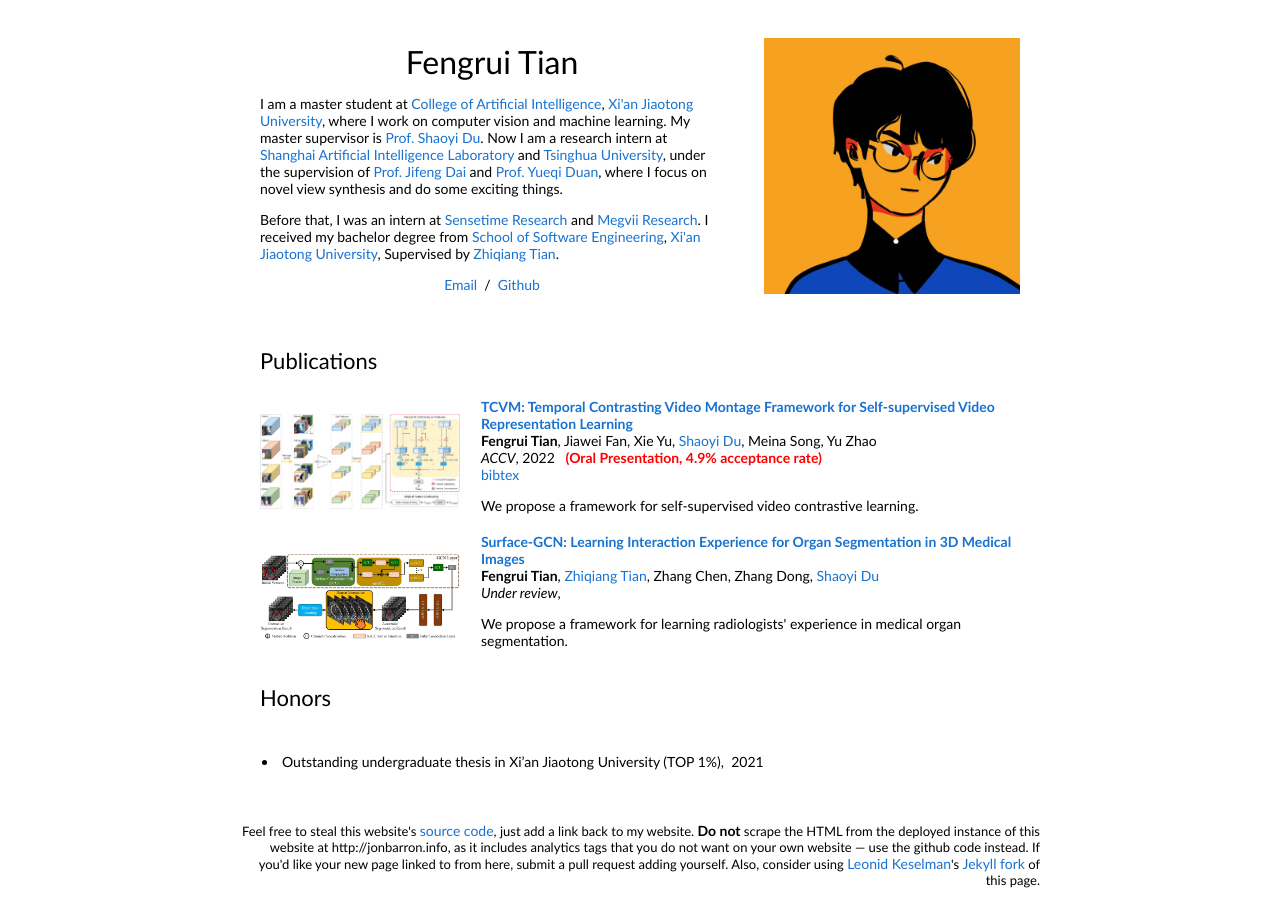
Repository: tianfr/tianfr.github.io
Page: index.html
The author's editor kept a copy of each file at every save. The page is drawn from the files as they stood at one save, then again after the next save.
The browser window is 1280 px wide. The pictures show the whole page.

Above is the page before, as saved 2022-11-20 15:37:39.

### index.html
<!DOCTYPE HTML>
<html lang="en"><head><meta http-equiv="Content-Type" content="text/html; charset=UTF-8">

  <title>Fengrui Tian</title>

  <meta name="author" content="Fengrui Tian">
  <meta name="viewport" content="width=device-width, initial-scale=1">

  <link rel="stylesheet" type="text/css" href="stylesheet.css">
	<link rel="icon" href="data:[embedded picture, 141 characters]">
</head>

<body>
  <table style="width:100%;max-width:800px;border:0px;border-spacing:0px;border-collapse:separate;margin-right:auto;margin-left:auto;"><tbody>
    <tr style="padding:0px">
      <td style="padding:0px">
        <table style="width:100%;border:0px;border-spacing:0px;border-collapse:separate;margin-right:auto;margin-left:auto;"><tbody>
          <tr style="padding:0px">
            <td style="padding:2.5%;width:63%;vertical-align:middle">
              <p style="text-align:center">
                <name>Fengrui Tian</name>
              </p>
              <p>I am a master student at <a href="http://iair.xjtu.edu.cn/">College of Artificial Intelligence</a>, <a href="http://www.xjtu.edu.cn/">Xi'an Jiaotong University</a>, where I work on computer vision and machine learning. My master supervisor is <a href="https://gr.xjtu.edu.cn/en/web/dushaoyi/home">Prof. Shaoyi Du</a>. Now I am a research intern at <a href="https://www.shlab.org.cn/">Shanghai Artificial Intelligence Laboratory</a> and <a href="https://www.tsinghua.edu.cn/">Tsinghua University</a>, under the supervision of <a href="https://jifengdai.org/">Prof. Jifeng Dai</a> and  <a href="https://duanyueqi.github.io/">Prof. Yueqi Duan</a>, where I focus on novel view synthesis and do some exciting things.
              </p>
              <p> Before that, I was an intern at <a href="https://www.sensetime.com/">Sensetime Research</a> and
                <a href="https://www.megvii.com/">Megvii Research</a>. I received my bachelor degree from  <a href="https://blog.google/products/google-ar-vr/introducing-next-generation-jump/">School of Software Engineering</a>, <a href="http://www.xjtu.edu.cn/">Xi'an Jiaotong University</a>, Supervised by <a href="https://gr.xjtu.edu.cn/en/web/zhiqiangtian/home">Zhiqiang Tian</a>.
              </p>
              <p style="text-align:center">
                <a href="mailto:tianfr@stu.xjtu.edu.cn">Email</a> &nbsp/&nbsp
                <!-- <a href="data/JonBarron-CV.pdf">CV</a> &nbsp/&nbsp -->
                <!-- <a href="data/JonBarron-bio.txt">Bio</a> &nbsp/&nbsp -->
                <!-- <a href="https://scholar.google.com/citations?hl=en&user=jktWnL8AAAAJ">Google Scholar</a> &nbsp/&nbsp -->
                <!-- <a href="https://twitter.com/jon_barron">Twitter</a> &nbsp/&nbsp -->
                <a href="https://github.com/tianfr/">Github</a>
              </p>
            </td>
            <td style="padding:2.5%;width:40%;max-width:40%">
              <a href="images/Fengrui_Tian_avatar.jpg"><img style="width:100%;max-width:100%" alt="profile photo" src="images/Fengrui_Tian_avatar.jpg" class="hoverZoomLink"></a>
            </td>
          </tr>
        <!-- </tbody></table>
        <table style="width:100%;border:0px;border-spacing:0px;border-collapse:separate;margin-right:auto;margin-left:auto;"><tbody>
            <tr>
            <td style="padding:20px;width:100%;vertical-align:middle">
              <heading>Research</heading>
              <p>
                I'm interested in computer vision, machine learning, optimization, and image processing. Much of my research is about inferring the physical world (shape, motion, color, light, etc) from images. Representative papers are <span class="highlight">highlighted</span>.
              </p>
            </td>
          </tr>
        </tbody></table> -->
        <table width="100%" align="center" border="0" cellspacing="0" cellpadding="20"><tbody>
          <tr>
            <td>
              <heading>Publications</heading>
            </td>
          </tr>
        </tbody></table>
        <table style="width:100%;border:0px;border-spacing:0px;border-collapse:separate;margin-right:auto;margin-left:auto;"><tbody>

          <tr onmouseout="dreamfusion_stop()" onmouseover="dreamfusion_start()">
            <td style="padding:20px;width:25%;vertical-align:middle">
              <img src="images/tcvm_overview.jpg" alt="prl" width="200" height="95">
            </td>
            <!-- <td style="padding:20px;width:25%;vertical-align:middle">
              <div class="one">
                <div class="two" id='dreamfusion_image'><video  width=100% height=100% muted autoplay loop>
                <source src="images/dreamfusion.mp4" type="video/mp4">
                Your browser does not support the video tag.
                </video></div>
                <img src='images/tcvm_overview.jpg' width="160">
              </div>
              <script type="text/javascript">
                function dreamfusion_start() {
                  document.getElementById('dreamfusion_image').style.opacity = "1";
                }

                function dreamfusion_stop() {
                  document.getElementById('dreamfusion_image').style.opacity = "0";
                }
                dreamfusion_stop()
              </script>
            </td> -->
            <!-- <td style="padding:20px;width:75%;vertical-align:middle"> -->
            <td width="75%" valign="middle">
              <a href="paper/22accv_tcvm.pdf">
                <papertitle>TCVM: Temporal Contrasting Video Montage Framework for Self-supervised Video Representation Learning</papertitle>
              </a>
              <br>
              <strong>Fengrui Tian</strong>,
              Jiawei Fan,
              Xie Yu,
              <a href="https://gr.xjtu.edu.cn/en/web/dushaoyi/home">Shaoyi Du</a>,
              Meina Song,
              Yu Zhao
              <br>
              <em>ACCV</em>, 2022 &nbsp <font color="red"><strong>(Oral Presentation, 4.9% acceptance rate)</strong></font>
              <br>
              <a href="data/accv22TCVM.bib">bibtex</a>
              <p></p>
              <p>
              We propose a framework for self-supervised video contrastive learning.
              </p>
            </td>
          </tr>


          <tr>
            <td style="padding:20px;width:25%;vertical-align:middle">
              <img src="images/surfacegcn.jpg" alt="prl" width="200" height="85">
            </td>
            <td width="75%" valign="middle">
              <a href="">
                <papertitle>Surface-GCN: Learning Interaction Experience for Organ Segmentation in 3D Medical Images</papertitle>
              </a>
              <br>
              <strong>Fengrui Tian</strong>,
              <a href="https://gr.xjtu.edu.cn/en/web/zhiqiangtian/home">Zhiqiang Tian</a>,
              Zhang Chen,
              Zhang Dong,
              <a href="https://gr.xjtu.edu.cn/en/web/dushaoyi/home">Shaoyi Du</a>
              <br>
              <em>Under review</em>,
              <br>
              <!-- <a href="data/BarronPRL2009.bib">bibtex</a> -->
              <p>We propose a framework for learning radiologists' experience in medical organ segmentation.</p>
            </td>
          </tr>

        </tbody></table>


        <table width="100%" align="center" border="0" cellspacing="0" cellpadding="20"><tbody>
          <tr>
            <td>
              <heading>Honors</heading>
            </td>
          </tr>
        </tbody></table>
        <table width="100%" align="center" border="0" cellpadding="20"><tbody>
          <tr>
            <td style="padding:20px;width:100%;vertical-align:middle">
              <li>Outstanding undergraduate thesis in Xi’an Jiaotong University (TOP 1%),&nbsp; 2021 </li>
          </td>

          </tr>


        </tbody></table>
        <table style="width:100%;border:0px;border-spacing:0px;border-collapse:separate;margin-right:auto;margin-left:auto;"><tbody>
          <tr>
            <td style="padding:0px">
              <br>
              <p style="text-align:right;font-size:small;">
                Feel free to steal this website's <a href="https://github.com/jonbarron/jonbarron_website">source code</a>,
                just add a link back to my website.
                <strong>Do not</strong> scrape the HTML from the deployed instance of this website at http://jonbarron.info,
                as it includes analytics tags that you do not want on your own website &mdash; use the github code instead.
                If you'd like your new page linked to from here, submit a pull request adding yourself.

                Also, consider using <a href="https://leonidk.com/">Leonid Keselman</a>'s <a href="https://github.com/leonidk/new_website">Jekyll fork</a> of this page.
              </p>
            </td>
          </tr>
        </tbody></table>
      </td>
    </tr>
  </table>
</body>

</html>

### stylesheet.css
/* latin-ext */
@font-face {
  font-family: 'Lato';
  font-style: italic;
  font-weight: 400;
  src: local('Lato Italic'), local('Lato-Italic'), url(https://fonts.gstatic.com/s/lato/v15/S6u8w4BMUTPHjxsAUi-qNiXg7eU0.woff2) format('woff2');
  unicode-range: U+0100-024F, U+0259, U+1E00-1EFF, U+2020, U+20A0-20AB, U+20AD-20CF, U+2113, U+2C60-2C7F, U+A720-A7FF;
}
/* latin */
@font-face {
  font-family: 'Lato';
  font-style: italic;
  font-weight: 400;
  src: local('Lato Italic'), local('Lato-Italic'), url(https://fonts.gstatic.com/s/lato/v15/S6u8w4BMUTPHjxsAXC-qNiXg7Q.woff2) format('woff2');
  unicode-range: U+0000-00FF, U+0131, U+0152-0153, U+02BB-02BC, U+02C6, U+02DA, U+02DC, U+2000-206F, U+2074, U+20AC, U+2122, U+2191, U+2193, U+2212, U+2215, U+FEFF, U+FFFD;
}
/* latin-ext */
@font-face {
  font-family: 'Lato';
  font-style: italic;
  font-weight: 700;
  src: local('Lato Bold Italic'), local('Lato-BoldItalic'), url(https://fonts.gstatic.com/s/lato/v15/S6u_w4BMUTPHjxsI5wq_FQftx9897sxZ.woff2) format('woff2');
  unicode-range: U+0100-024F, U+0259, U+1E00-1EFF, U+2020, U+20A0-20AB, U+20AD-20CF, U+2113, U+2C60-2C7F, U+A720-A7FF;
}
/* latin */
@font-face {
  font-family: 'Lato';
  font-style: italic;
  font-weight: 700;
  src: local('Lato Bold Italic'), local('Lato-BoldItalic'), url(https://fonts.gstatic.com/s/lato/v15/S6u_w4BMUTPHjxsI5wq_Gwftx9897g.woff2) format('woff2');
  unicode-range: U+0000-00FF, U+0131, U+0152-0153, U+02BB-02BC, U+02C6, U+02DA, U+02DC, U+2000-206F, U+2074, U+20AC, U+2122, U+2191, U+2193, U+2212, U+2215, U+FEFF, U+FFFD;
}
/* latin-ext */
@font-face {
  font-family: 'Lato';
  font-style: normal;
  font-weight: 400;
  src: local('Lato Regular'), local('Lato-Regular'), url(https://fonts.gstatic.com/s/lato/v15/S6uyw4BMUTPHjxAwXiWtFCfQ7A.woff2) format('woff2');
  unicode-range: U+0100-024F, U+0259, U+1E00-1EFF, U+2020, U+20A0-20AB, U+20AD-20CF, U+2113, U+2C60-2C7F, U+A720-A7FF;
}
/* latin */
@font-face {
  font-family: 'Lato';
  font-style: normal;
  font-weight: 400;
  src: local('Lato Regular'), local('Lato-Regular'), url(https://fonts.gstatic.com/s/lato/v15/S6uyw4BMUTPHjx4wXiWtFCc.woff2) format('woff2');
  unicode-range: U+0000-00FF, U+0131, U+0152-0153, U+02BB-02BC, U+02C6, U+02DA, U+02DC, U+2000-206F, U+2074, U+20AC, U+2122, U+2191, U+2193, U+2212, U+2215, U+FEFF, U+FFFD;
}
/* latin-ext */
@font-face {
  font-family: 'Lato';
  font-style: normal;
  font-weight: 700;
  src: local('Lato Bold'), local('Lato-Bold'), url(https://fonts.gstatic.com/s/lato/v15/S6u9w4BMUTPHh6UVSwaPGQ3q5d0N7w.woff2) format('woff2');
  unicode-range: U+0100-024F, U+0259, U+1E00-1EFF, U+2020, U+20A0-20AB, U+20AD-20CF, U+2113, U+2C60-2C7F, U+A720-A7FF;
}
/* latin */
@font-face {
  font-family: 'Lato';
  font-style: normal;
  font-weight: 700;
  src: local('Lato Bold'), local('Lato-Bold'), url(https://fonts.gstatic.com/s/lato/v15/S6u9w4BMUTPHh6UVSwiPGQ3q5d0.woff2) format('woff2');
  unicode-range: U+0000-00FF, U+0131, U+0152-0153, U+02BB-02BC, U+02C6, U+02DA, U+02DC, U+2000-206F, U+2074, U+20AC, U+2122, U+2191, U+2193, U+2212, U+2215, U+FEFF, U+FFFD;
}

a {
  color: #1772d0;
  text-decoration: none;
}

a:focus,
a:hover {
  color: #f09228;
  text-decoration: none;
}

body,
td,
th,
tr,
p,
a {
  font-family: 'Lato', Verdana, Helvetica, sans-serif;
  font-size: 14px
}

strong {
  font-family: 'Lato', Verdana, Helvetica, sans-serif;
  font-size: 14px;
}

heading {
  font-family: 'Lato', Verdana, Helvetica, sans-serif;
  font-size: 22px;
}

papertitle {
  font-family: 'Lato', Verdana, Helvetica, sans-serif;
  font-size: 14px;
  font-weight: 700
}

name {
  font-family: 'Lato', Verdana, Helvetica, sans-serif;
  font-size: 32px;
}

.one {
  width: 160px;
  height: 160px;
  position: relative;
}

.two {
  width: 160px;
  height: 160px;
  position: absolute;
  transition: opacity .2s ease-in-out;
  -moz-transition: opacity .2s ease-in-out;
  -webkit-transition: opacity .2s ease-in-out;
}

.fade {
  transition: opacity .2s ease-in-out;
  -moz-transition: opacity .2s ease-in-out;
  -webkit-transition: opacity .2s ease-in-out;
}

span.highlight {
  background-color: #ffffd0;
}

After the next save:
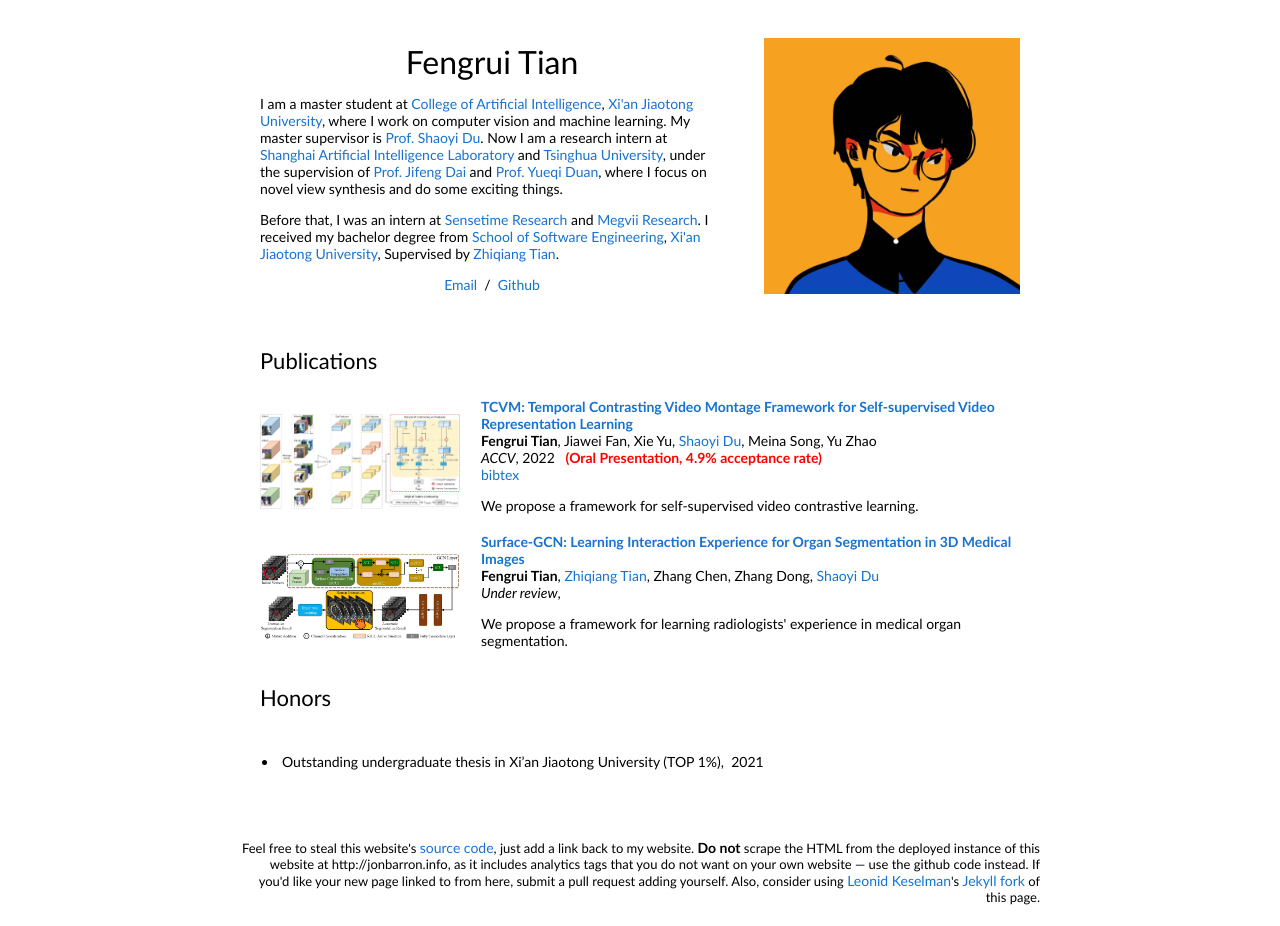
Saved 23 s later.
--- a/index.html
+++ b/index.html
@@ -140,7 +140,7 @@
         <table width="100%" align="center" border="0" cellpadding="20"><tbody>
           <tr>
             <td style="padding:20px;width:100%;vertical-align:middle">
-              <li>Outstanding undergraduate thesis in Xi’an Jiaotong University (TOP 1%),&nbsp; 2021 </li>
+              <li>Outstanding undergraduate thesis in Xi’an Jiaotong University (TOP 1%),&nbsp; 2021 </li> <br>
           </td>
 
           </tr>
